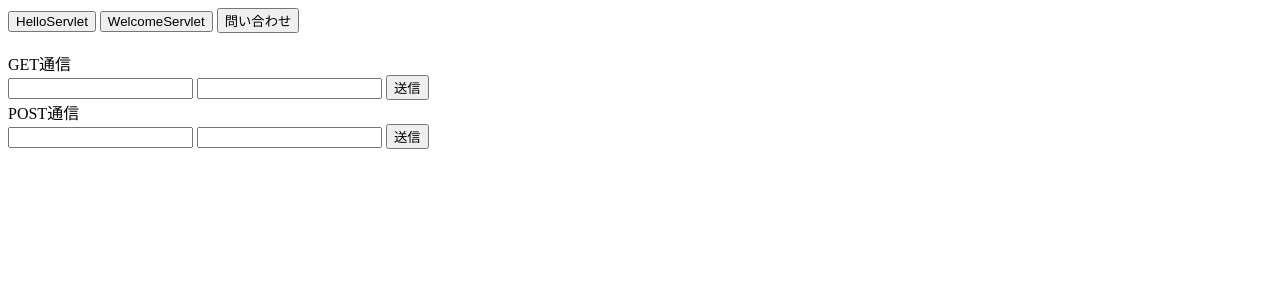
Repository: fujita0830/learning
Page: http://localhost/HelloServlet/
The author's editor kept a copy of each file at every save. The page is drawn from the files as they stood at one save, then again after the next save.
The browser window is 1280 px wide. The pictures show the whole page.
The page is served by Tomcat 9. Other server files are loaded and not shown.

Above is the page before, as saved 2018-12-19 05:11:44.

### HelloServlet/WebContent/index.jsp
<%@ page language="java" contentType="text/html; charset=UTF-8"
    pageEncoding="UTF-8"%>
<!DOCTYPE html >
<html>
<head>
<meta  charset="UTF-8">
<title>HelloServlet</title>
</head>

<body>

<input type="button" value="HelloServlet" onClick="location.href='HelloServlet'">

<input type="button" value="WelcomeServlet" onClick="location.href='welcome.jsp'">

<input type="button" value="問い合わせ" onClick="location.href='inquiry.jsp'">

<br><br>

GET通信

<form  method="get" action ="TestServlet">
<input type="text" name="username">
<input type="password" name="password">
<input type="submit" value="送信">
</form>

POST通信
<form method="post" action="TestServlet">
<input type="text" name="username">
<input type="password" name="password">
<input type="submit" value="送信">
</form>

</body>
</html>

After the next save:
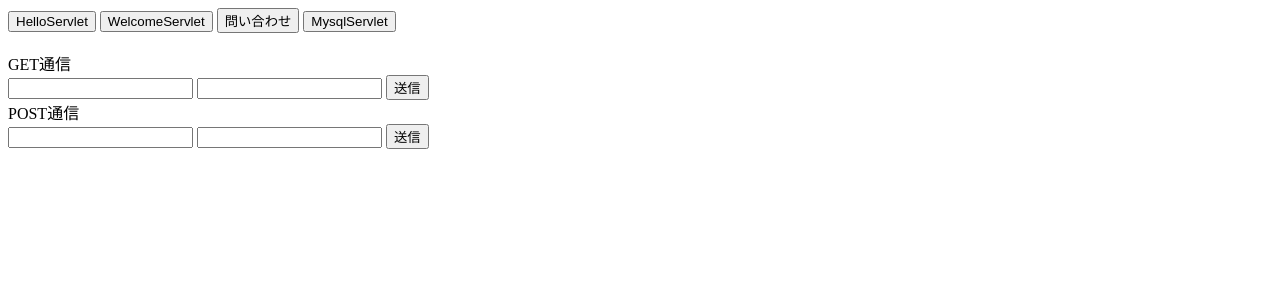
Saved 5 min 31 s later.
--- a/HelloServlet/WebContent/index.jsp
+++ b/HelloServlet/WebContent/index.jsp
@@ -14,6 +14,8 @@
 <input type="button" value="WelcomeServlet" onClick="location.href='welcome.jsp'">
 
 <input type="button" value="問い合わせ" onClick="location.href='inquiry.jsp'">
+
+<input type="button" value="MysqlServlet" onClick="location.href='Mysqlservlet'">
 
 <br><br>
 
